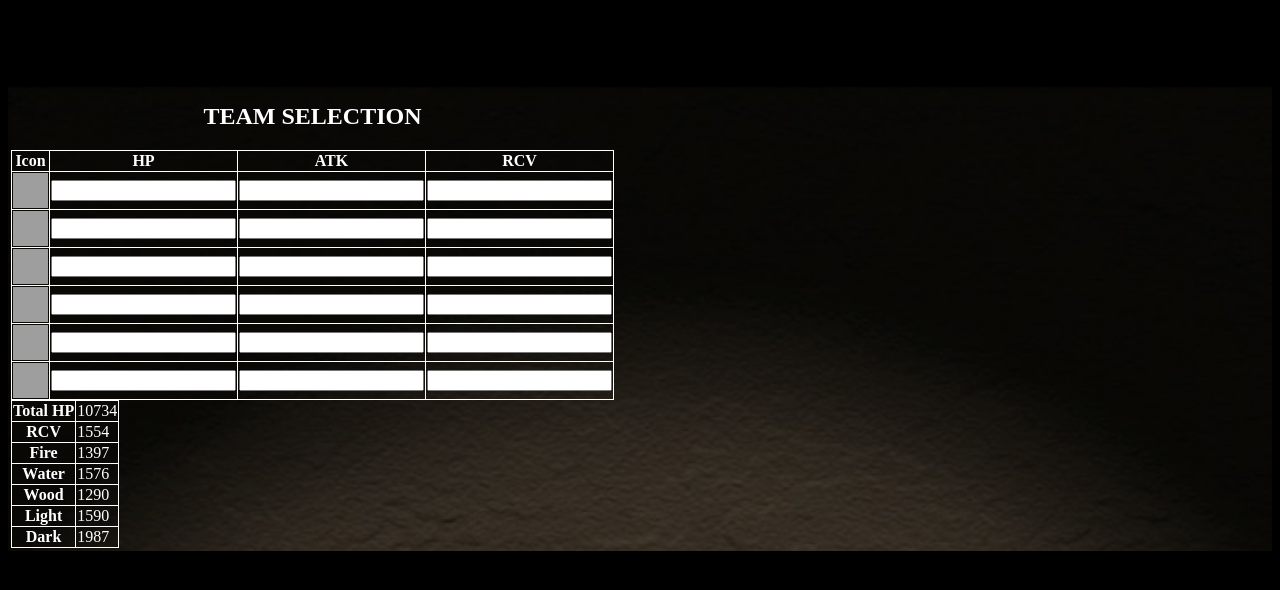
Repository: fangelod/pad-optimizer
Page: client/index.html
The author's editor kept a record of every edit. The page is drawn from the files as they stood at one moment, then again after the next edit.
The browser window is 1280 px wide. The pictures show the whole page.
Pictures or frames that could not be fetched are drawn as grey boxes.

Above is the page before.
Console error: TypeError: Cannot read properties of null (reading 'getContext')

After the next edit:
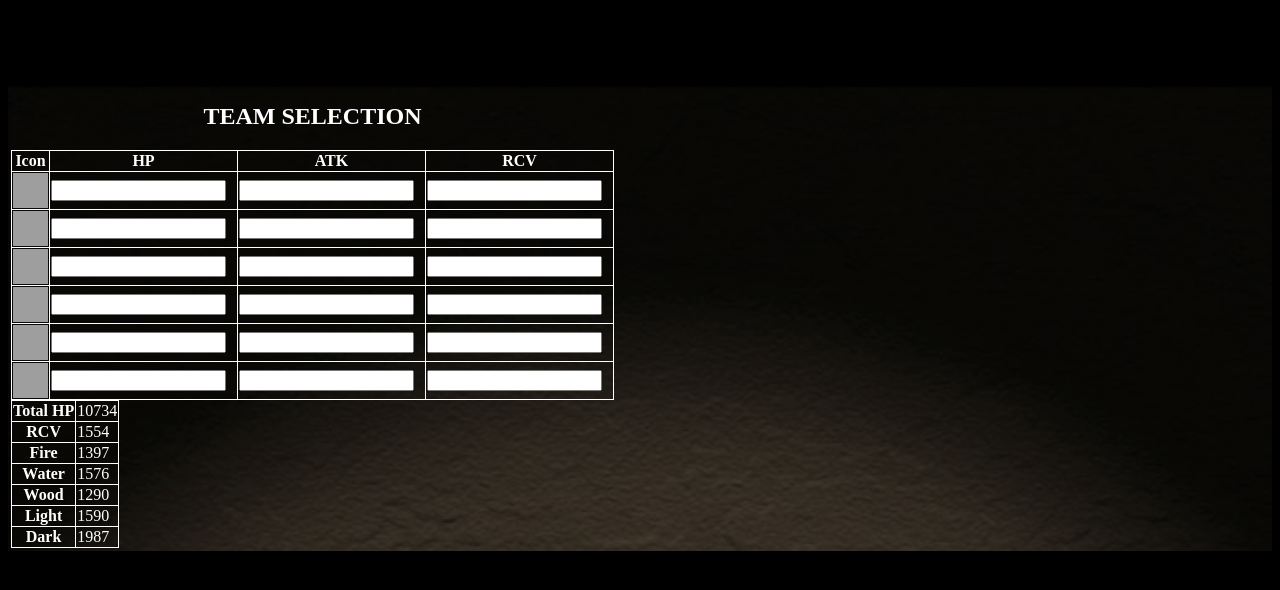
The edit:
--- a/client/css/main.css
+++ b/client/css/main.css
@@ -30,8 +30,8 @@
     width: 35px;
     vertical-align: middle;
 }
-.left td {
-    vertical-align: middle;
+.left input {
+    width: 90%;
 }
 .odd:hover, .even:hover {
     cursor: default;
